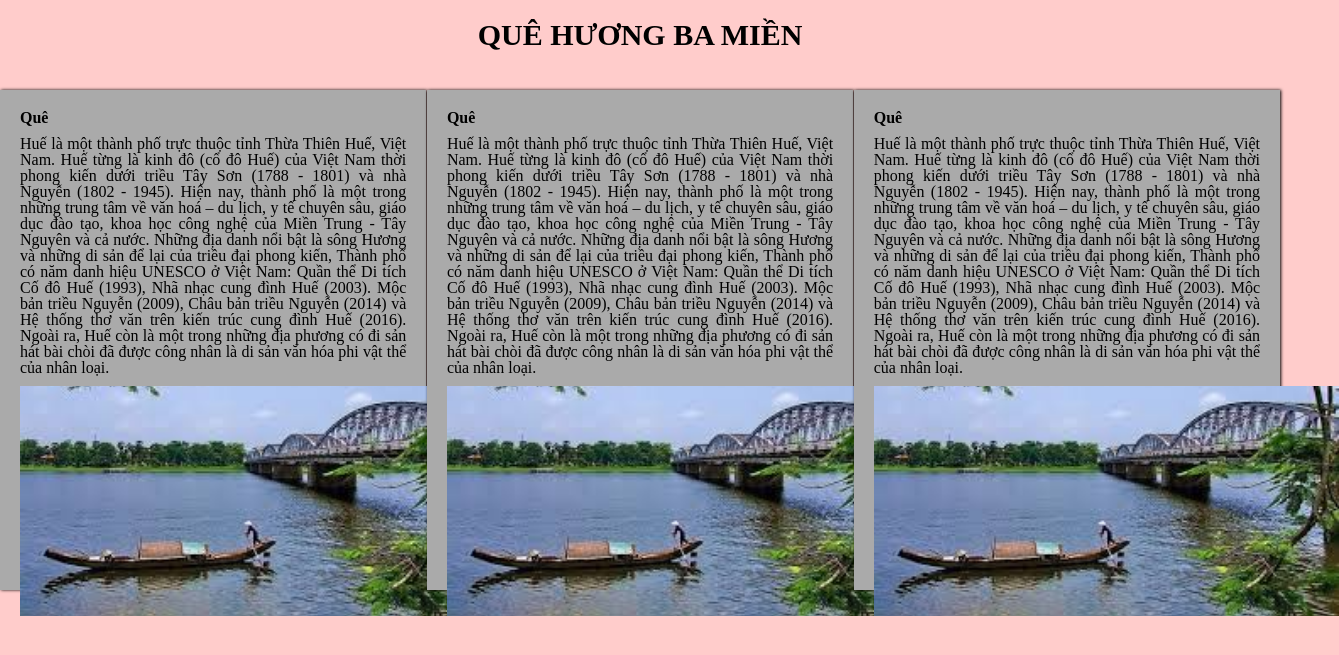
Repository: Tan-Khang21/TH_TKW--Buoi_06
Page: Bai_Tap_Tren_lop/Bai_02/LayoutCSS2.html
The author's editor kept a copy of each file at every save. The page is drawn from the files as they stood at one save, then again after the next save.
The browser window is 1280 px wide. The page is 1339 px wide, so the pictures cover 1339 px, including what lies to the right of the window. The pictures show the whole page.

Above is the page before, as saved 2024-03-11 20:31:56.

### Bai_Tap_Tren_lop/Bai_02/LayoutCSS2.html
<!DOCTYPE html>
<html lang="en">
  <head>
    <meta charset="UTF-8" />
    <meta name="viewport" content="width=device-width, initial-scale=1.0" />
    <title>Document</title>
    <link rel="stylesheet" href="style.css" />
    <link rel="stylesheet" href="reset.css" />
  </head>
  <body>
    <h2 class="title">QUÊ HƯƠNG BA MIỀN</h2>
    <div class="container">
      <div class="item">
        <h5 style="font-weight: bold; margin-bottom: 10px">Quê</h5>
        <p style="margin-bottom: 10px">
          Huế là một thành phố trực thuộc tỉnh Thừa Thiên Huế, Việt Nam. Huế
          từng là kinh đô (cổ đô Huế) của Việt Nam thời phong kiến dưới triều
          Tây Sơn (1788 - 1801) và nhà Nguyễn (1802 - 1945). Hiện nay, thành phố
          là một trong những trung tâm về văn hoá – du lịch, y tế chuyên sâu,
          giáo dục đào tạo, khoa học công nghệ của Miền Trung - Tây Nguyên và cả
          nước. Những địa danh nổi bật là sông Hương và những di sản để lại của
          triều đại phong kiến, Thành phố có năm danh hiệu UNESCO ở Việt Nam:
          Quần thể Di tích Cố đô Huế (1993), Nhã nhạc cung đình Huế (2003). Mộc
          bản triều Nguyễn (2009), Châu bản triều Nguyễn (2014) và Hệ thống thơ
          văn trên kiến trúc cung đình Huế (2016). Ngoài ra, Huế còn là một
          trong những địa phương có đi sản hát bài chòi đã được công nhân là di
          sản văn hóa phi vật thể của nhân loại.
        </p>
        <div class="images">
          <img src="images/images1.jpg" alt="" />
        </div>
      </div>
      <div class="item">
        <h5 style="font-weight: bold; margin-bottom: 10px">Quê</h5>
        <p style="margin-bottom: 10px">
          Huế là một thành phố trực thuộc tỉnh Thừa Thiên Huế, Việt Nam. Huế
          từng là kinh đô (cổ đô Huế) của Việt Nam thời phong kiến dưới triều
          Tây Sơn (1788 - 1801) và nhà Nguyễn (1802 - 1945). Hiện nay, thành phố
          là một trong những trung tâm về văn hoá – du lịch, y tế chuyên sâu,
          giáo dục đào tạo, khoa học công nghệ của Miền Trung - Tây Nguyên và cả
          nước. Những địa danh nổi bật là sông Hương và những di sản để lại của
          triều đại phong kiến, Thành phố có năm danh hiệu UNESCO ở Việt Nam:
          Quần thể Di tích Cố đô Huế (1993), Nhã nhạc cung đình Huế (2003). Mộc
          bản triều Nguyễn (2009), Châu bản triều Nguyễn (2014) và Hệ thống thơ
          văn trên kiến trúc cung đình Huế (2016). Ngoài ra, Huế còn là một
          trong những địa phương có đi sản hát bài chòi đã được công nhân là di
          sản văn hóa phi vật thể của nhân loại.
        </p>
        <div class="images">
          <img src="images/images1.jpg" alt="" />
        </div>
      </div>
      <div class="item">
        <h5 style="font-weight: bold; margin-bottom: 10px">Quê</h5>
        <p style="margin-bottom: 10px">
          Huế là một thành phố trực thuộc tỉnh Thừa Thiên Huế, Việt Nam. Huế
          từng là kinh đô (cổ đô Huế) của Việt Nam thời phong kiến dưới triều
          Tây Sơn (1788 - 1801) và nhà Nguyễn (1802 - 1945). Hiện nay, thành phố
          là một trong những trung tâm về văn hoá – du lịch, y tế chuyên sâu,
          giáo dục đào tạo, khoa học công nghệ của Miền Trung - Tây Nguyên và cả
          nước. Những địa danh nổi bật là sông Hương và những di sản để lại của
          triều đại phong kiến, Thành phố có năm danh hiệu UNESCO ở Việt Nam:
          Quần thể Di tích Cố đô Huế (1993), Nhã nhạc cung đình Huế (2003). Mộc
          bản triều Nguyễn (2009), Châu bản triều Nguyễn (2014) và Hệ thống thơ
          văn trên kiến trúc cung đình Huế (2016). Ngoài ra, Huế còn là một
          trong những địa phương có đi sản hát bài chòi đã được công nhân là di
          sản văn hóa phi vật thể của nhân loại.
        </p>
        <div class="images">
          <img src="images/images1.jpg" alt="" />
        </div>
      </div>
    </div>
  </body>
</html>

### Bai_Tap_Tren_lop/Bai_02/style.css
* {
  box-sizing: border-box;
}
body {
  width: 100%;
  background-color: #ffcccb;
}
.title {
  text-align: center;
  font-size: 30px;
  margin: 20px;
  margin-bottom: 40px;
  font-weight: bold;
}
.item {
  width: 33.3%;
  height: 500px;
  padding: 20px;
  background-color: #aaaaaa;
  text-align: justify;
  box-shadow: 1px 0px 3px black;
}
.images {
  width: 465px;
  height: 230px;
}
.images img {
  width: 100%;
  height: 100%;
  object-fit: cover;
}
.container {
  display: flex;
  align-items: center;
  justify-content: space-between;
}

Loaded but not shown: Bai_Tap_Tren_lop/Bai_02/reset.css (common file)

After the next save:
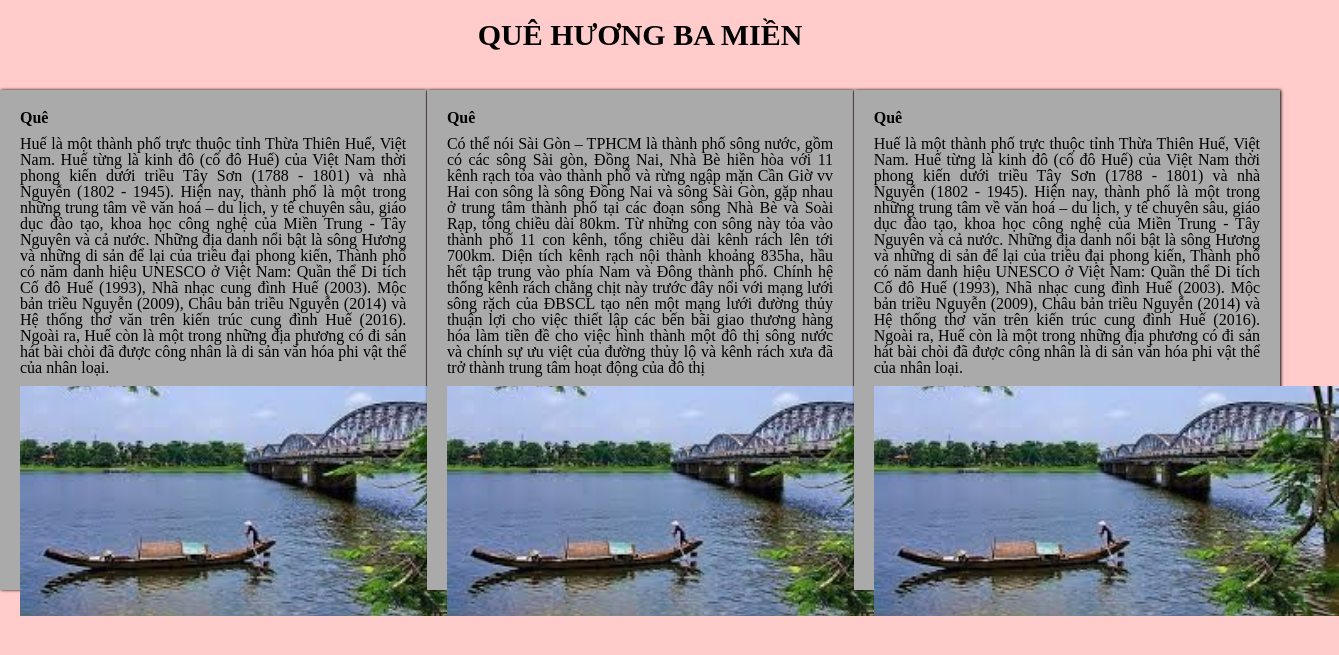
Saved 51 s later.
--- a/Bai_Tap_Tren_lop/Bai_02/LayoutCSS2.html
+++ b/Bai_Tap_Tren_lop/Bai_02/LayoutCSS2.html
@@ -33,18 +33,18 @@
       <div class="item">
         <h5 style="font-weight: bold; margin-bottom: 10px">Quê</h5>
         <p style="margin-bottom: 10px">
-          Huế là một thành phố trực thuộc tỉnh Thừa Thiên Huế, Việt Nam. Huế
-          từng là kinh đô (cổ đô Huế) của Việt Nam thời phong kiến dưới triều
-          Tây Sơn (1788 - 1801) và nhà Nguyễn (1802 - 1945). Hiện nay, thành phố
-          là một trong những trung tâm về văn hoá – du lịch, y tế chuyên sâu,
-          giáo dục đào tạo, khoa học công nghệ của Miền Trung - Tây Nguyên và cả
-          nước. Những địa danh nổi bật là sông Hương và những di sản để lại của
-          triều đại phong kiến, Thành phố có năm danh hiệu UNESCO ở Việt Nam:
-          Quần thể Di tích Cố đô Huế (1993), Nhã nhạc cung đình Huế (2003). Mộc
-          bản triều Nguyễn (2009), Châu bản triều Nguyễn (2014) và Hệ thống thơ
-          văn trên kiến trúc cung đình Huế (2016). Ngoài ra, Huế còn là một
-          trong những địa phương có đi sản hát bài chòi đã được công nhân là di
-          sản văn hóa phi vật thể của nhân loại.
+          Có thể nói Sài Gòn – TPHCM là thành phố sông nước, gồm có các sông Sài
+          gòn, Đồng Nai, Nhà Bè hiền hòa với 11 kênh rạch tỏa vào thành phố và
+          rừng ngập mặn Cần Giờ vv Hai con sông là sông Đồng Nai và sông Sài
+          Gòn, gặp nhau ở trung tâm thành phố tại các đoạn sông Nhà Bè và Soài
+          Rạp, tổng chiều dài 80km. Từ những con sông này tỏa vào thành phố 11
+          con kênh, tổng chiều dài kênh rách lên tới 700km. Diện tích kênh rạch
+          nội thành khoảng 835ha, hầu hết tập trung vào phía Nam và Đông thành
+          phố. Chính hệ thống kênh rách chằng chịt này trước đây nổi với mạng
+          lưới sông rặch của ĐBSCL tạo nên một mạng lưới đường thủy thuận lợi
+          cho việc thiết lập các bến bãi giao thương hàng hóa làm tiền đề cho
+          việc hình thành một đô thị sông nước và chính sự ưu việt của đường
+          thủy lộ và kênh rách xưa đã trở thành trung tâm hoạt động của đô thị
         </p>
         <div class="images">
           <img src="images/images1.jpg" alt="" />
